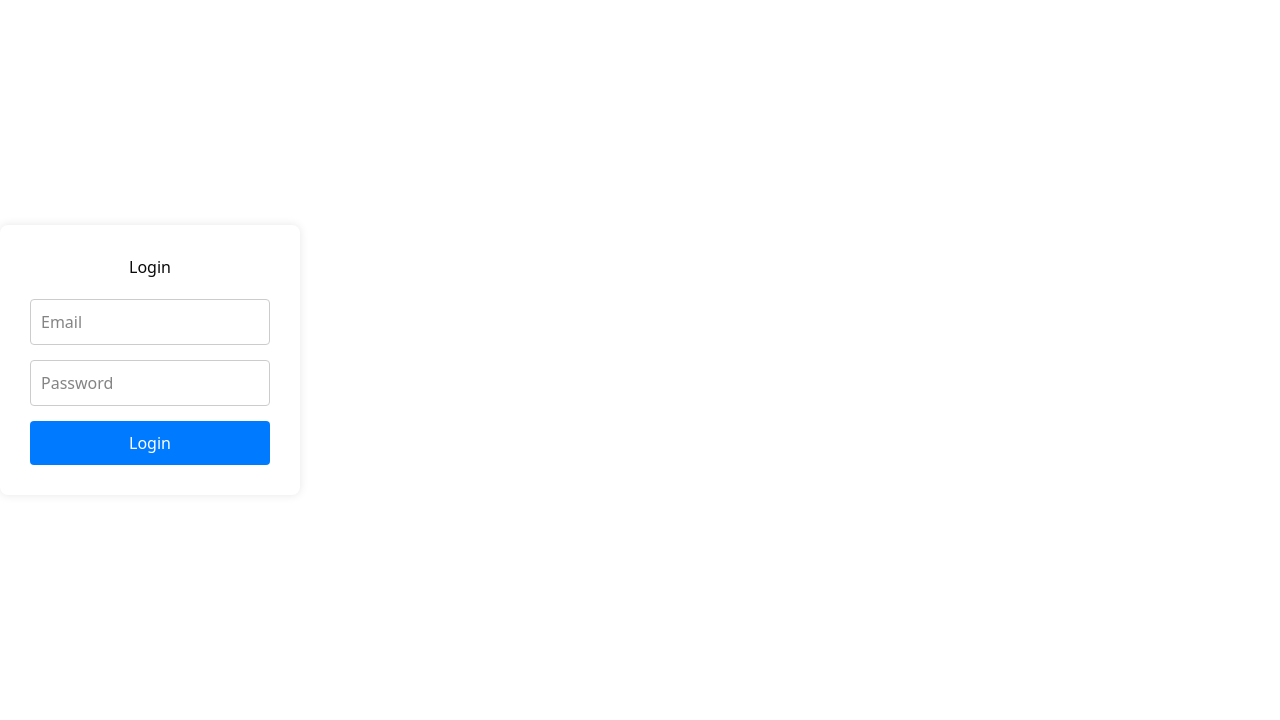
Repository: geethikachowdary1704/my-react
Page: /
The author's editor kept a copy of each file at every save. The page is drawn from the files as they stood at one save, then again after the next save.
The browser window is 1280 px wide. The pictures show the whole page.
The project was rebuilt for these pictures with package versions that can differ from the ones it lists, and the page was loaded fresh each time. Also part of the build but not shown: vite.config.ts.

Above is the page before, as saved 2025-12-26 15:06:35.

After the next save:
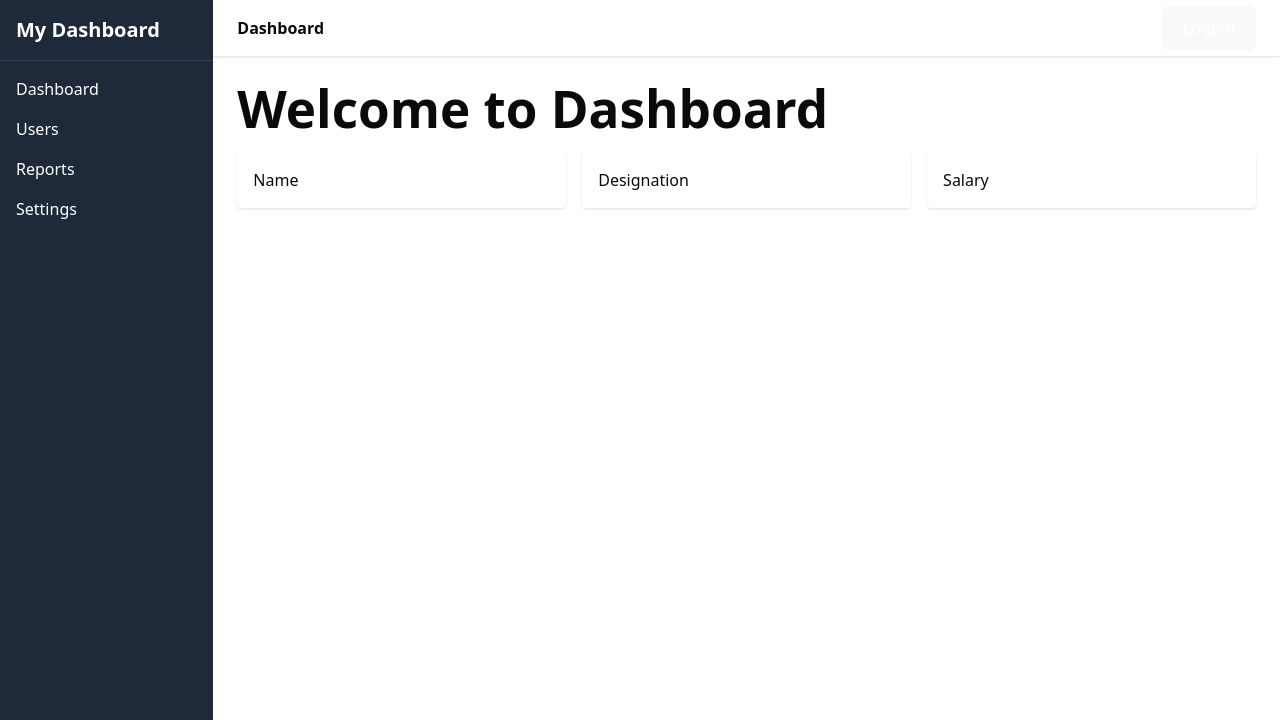
Saved 32 min 11 s later.
--- a/src/App.tsx
+++ b/src/App.tsx
@@ -1,8 +1,8 @@
 import React from "react";
-import Login from "./Login";
+import Dashboard from "./Dashboard";
 
 const App: React.FC = () => {
-  return <Login />;
+  return <Dashboard />;
 };
 
 export default App;
